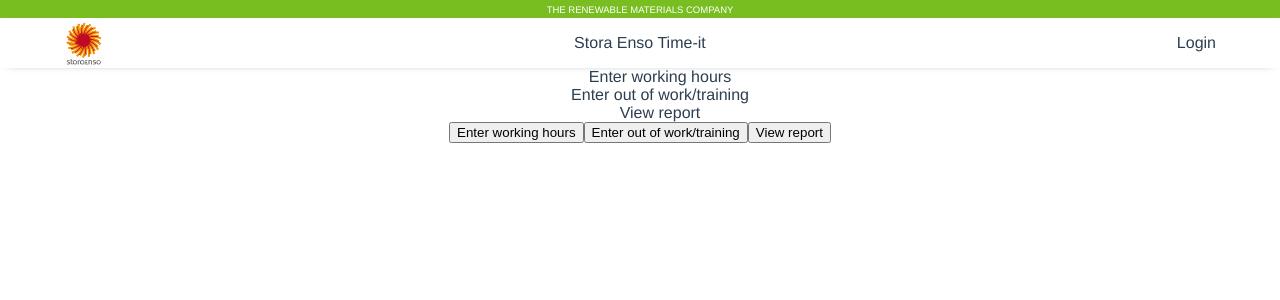
Repository: marianreha/vue-timeit
Page: /
These files come from the project's save history. The page is drawn as it stood at one moment and after the next save; the edit follows.
The browser window is 1280 px wide. The pictures show the whole page.
Some web fonts or font styles are not loaded; a fallback is used. The project was rebuilt for these pictures with package versions that can differ from the ones it lists, and the page was loaded fresh each time. Also part of the build but not shown: vue.config.js.

Above is the page before, as saved 2020-03-29 19:05:18.

### src/App.vue
<template>
  <div id="app">
    <Navbar />
    <Home />
  </div>
</template>

<script>
import Navbar from './components/Navbar'
import Home from './components/Home'

export default {
  name: 'App',
  components: {
    Navbar,
    Home,
  }
}
</script>

<style>
@import url(//db.onlinewebfonts.com/c/2afedaab5a5177410b408023384af22d?family=HelveticaNeueLTW01-55Roman);

#app {
  font-family: Helvetica, Arial, sans-serif;
  -webkit-font-smoothing: antialiased;
  -moz-osx-font-smoothing: grayscale;
  text-align: center;
  color: #2c3e50;
  padding: 0px;
}
</style>

### src/components/Navbar.vue
<template>
  <div>
      <header class="green">
          The renewable materials company
      </header>
      <header class="navbar">
          <img class="logo" src="../assets/logo.jpg" alt="logo">
          <nav>
              Stora Enso Time-it
          </nav>
          <span>Login</span>
      </header>
  </div>
</template>

<script>
export default {
    name: 'Navbar',
}
</script>

<style>
* {
    box-sizing: border-box;
    margin: 0 !important;
    cursor: default;
}

.green {
    padding: 4px 0 3px 0;
    background-color: #78BE20;
    color: #FFFFFF;
    font-size: 9.5px;
    text-transform: uppercase;
}

.navbar {
    display: flex;
    height: 2rem;
    justify-content: space-between;
    align-items: center;
    padding: 25px 5%;
    box-shadow: 0 3px 8px -8px;
}

.logo {
    height: 45px;
    cursor: pointer;
}
</style>>

### src/components/Home.vue
<template>
  <div>
      <ul>
          <li>Enter working hours</li>
          <li>Enter out of work/training</li>
          <li>View report</li>
      </ul>
      <div class="btn-group">
        <button>Enter working hours</button>
        <button>Enter out of work/training</button>
        <button>View report</button>
      </div>
  </div>
</template>

<script>
export default {
    name: "Home"
}
</script>

<style>
ul {
    list-style: none;
}

.btn-group {
    display: block;
}
</style>

Loaded but not shown: public/index.html (common file); src/main.js (common file)

After the next save:
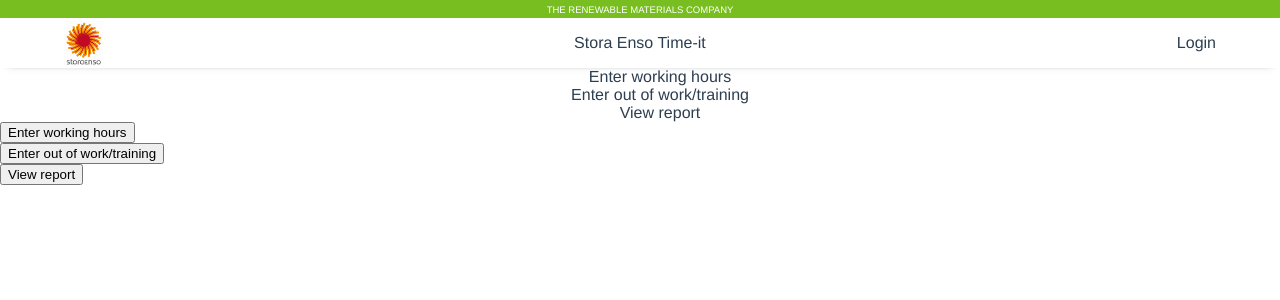
Saved 25 s later.
--- a/src/components/Home.vue
+++ b/src/components/Home.vue
@@ -24,7 +24,7 @@
     list-style: none;
 }
 
-.btn-group {
+.btn-group button {
     display: block;
 }
 </style>
